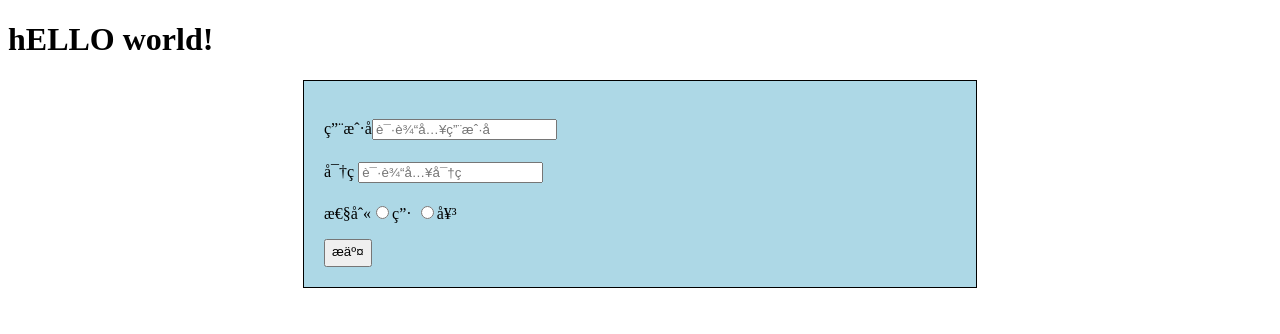
Repository: BlueBubbleWei/java
Page: http://localhost/MyWeb/
These files come from the project's save history. The page is drawn as it stood at one moment and after the next save; the edit follows.
The browser window is 1280 px wide. The pictures show the whole page.
The page is served by Tomcat 9. Other server files are loaded and not shown.

Above is the page before, as saved 2017-04-14 01:06:40.

### workspace/MyWeb/WebContent/index.jsp

<%@ page language="java" contentType="text/html; charset=ISO-8859-1"
    pageEncoding="ISO-8859-1"%>
<!DOCTYPE html PUBLIC "-//W3C//DTD HTML 4.01 Transitional//EN" "http://www.w3.org/TR/html4/loose.dtd">
<html>
<head>
<meta http-equiv="Content-Type" content="text/html; charset=ISO-8859-1">
<title>Insert title here</title>
<style>
	.content{
		width:50%;
		height:50%;
		margin:0 auto;
		border:1px solid #000;
		background:lightblue;
		padding:20px;
	}
</style>
</head>
<body>
<h1>hELLO world!</h1>
	<div class="content">
		<form action="#" method="get" name="myform">
		<p><span>用户名</span><input type="text" placeholder="请输入用户名"  /></p>
		<p><span>密码</span><input type="password" placeholder="请输入密码"  /></p>
		<p><span>性别</span><input type="radio"name="sex" value="male"  />男
		<input type="radio"name="sex" value="female"  />女
		</p>
		<input type="submit" value="提交" />
		</form>
	</div>

</body>
</html>

After the next save:
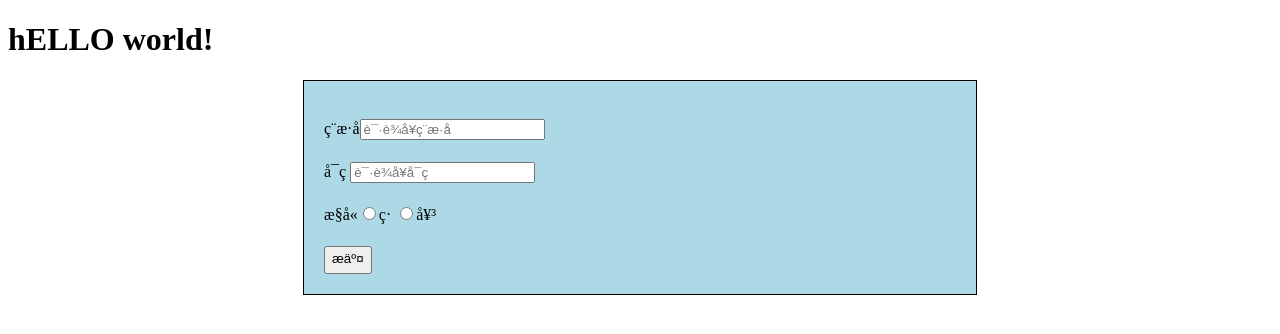
Saved 4 min 13 s later.
--- a/workspace/MyWeb/WebContent/index.jsp
+++ b/workspace/MyWeb/WebContent/index.jsp
@@ -1,5 +1,5 @@
 
-<%@ page language="java" contentType="text/html; charset=ISO-8859-1"
+<%@ page language="java" contentType="text/html; charset=utf-8"
     pageEncoding="ISO-8859-1"%>
 <!DOCTYPE html PUBLIC "-//W3C//DTD HTML 4.01 Transitional//EN" "http://www.w3.org/TR/html4/loose.dtd">
 <html>
